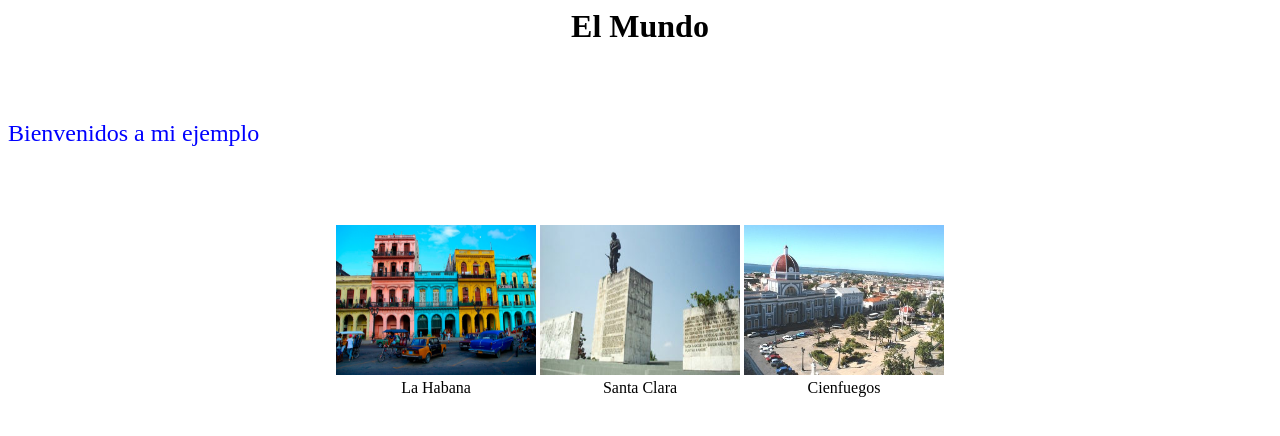
Repository: dasafo/PHP_MySQL_curso
Page: http://localhost/Practica1_42/cuba.php
These files come from the project's save history. The page is drawn as it stood at one moment and after the next save; the edit follows.
The browser window is 1280 px wide. The pictures show the whole page.
The page is run by PHP 8.4 with error messages shown; the project is at /var/www/html/.

Above is the page before, as saved 2018-11-10 18:38:23.

After the next save:
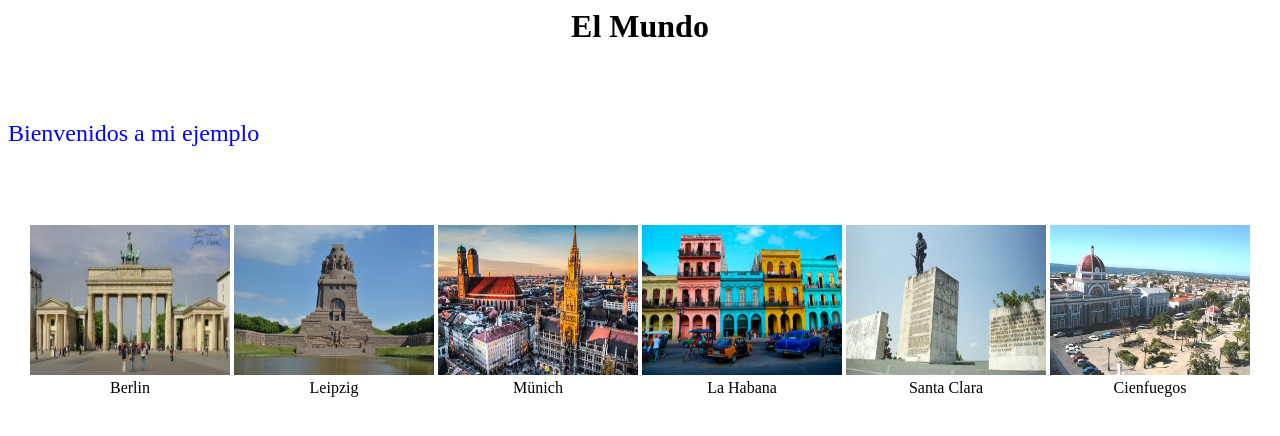
Saved 3 min 15 s later.
--- a/Sesiones&Cookies/Practica1_42/cuba.php
+++ b/Sesiones&Cookies/Practica1_42/cuba.php
@@ -35,15 +35,22 @@
     <table width="500" border="0" align="center">
 
    	<tr>
-   		<td> <img src="habana.jpg" width="200" height="150"></td>
+   		<td> <img src="berlin.jpg" width="200" height="150"></td>
+      	<td><img src="leipzig.JPG" width="200" height="150"></td>
+      	<td><img src="Munich.jpg" width="200" height="150"></td>
+      	<td> <img src="habana.jpg" width="200" height="150"></td>
       	<td><img src="clara.jpg" width="200" height="150"></td>
       	<td><img src="cienfuegos.jpg" width="200" height="150"></td>
 
      </tr>
      <tr>
+     	<td>Berlin</td>
+     	<td>Leipzig</td>
+     	<td>Münich</td>
      	<td>La Habana</td>
      	<td>Santa Clara</td>
      	<td>Cienfuegos</td>
+   	</tr>
 
    </table>
 
